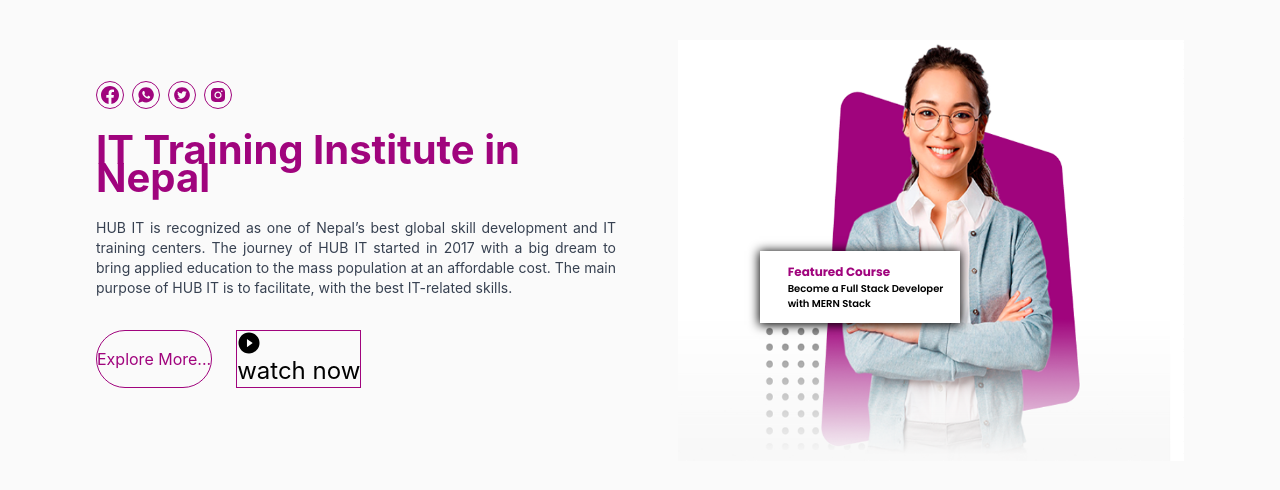
Repository: praveenmunagapati/hgllearnv2
Page: /HomePage/Home
The author's editor kept a copy of each file at every save. The page is drawn from the files as they stood at one save, then again after the next save.
The browser window is 1280 px wide. The pictures show the whole page.
The project was rebuilt for these pictures with package versions that can differ from the ones it lists, and the page was loaded fresh each time. The framework's server and built-in components were replaced by stand-ins that run in the browser. Also part of the build but not shown: next.config.js.

Above is the page before, as saved 2023-01-03 14:53:25.

After the next save:
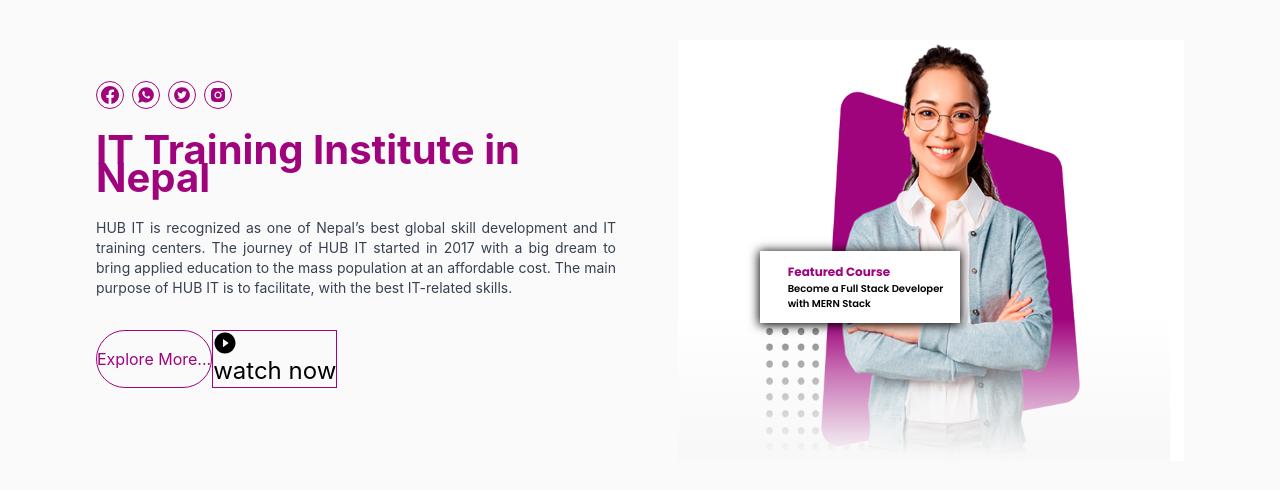
Saved 2 min 13 s later.
--- a/pages/HomePage/Home.jsx
+++ b/pages/HomePage/Home.jsx
@@ -45,7 +45,7 @@
           <div className="flex py-8">
             <button
               className={
-                "border-[1.5px] border-[#A0047D] rounded-full mr-6 text-sm xl:text-base xxl:text-lg text-main hover:scale-105 transition-all ease-in-out duration-300 delay-100 hover:bg-main hover:text-white"
+                "border-[1.5px] border-[#A0047D] rounded-full  text-sm xl:text-base xxl:text-lg text-main hover:scale-105 transition-all ease-in-out duration-300 delay-100 hover:bg-main hover:text-white"
               }
             >
               Explore More...

After the save that followed:
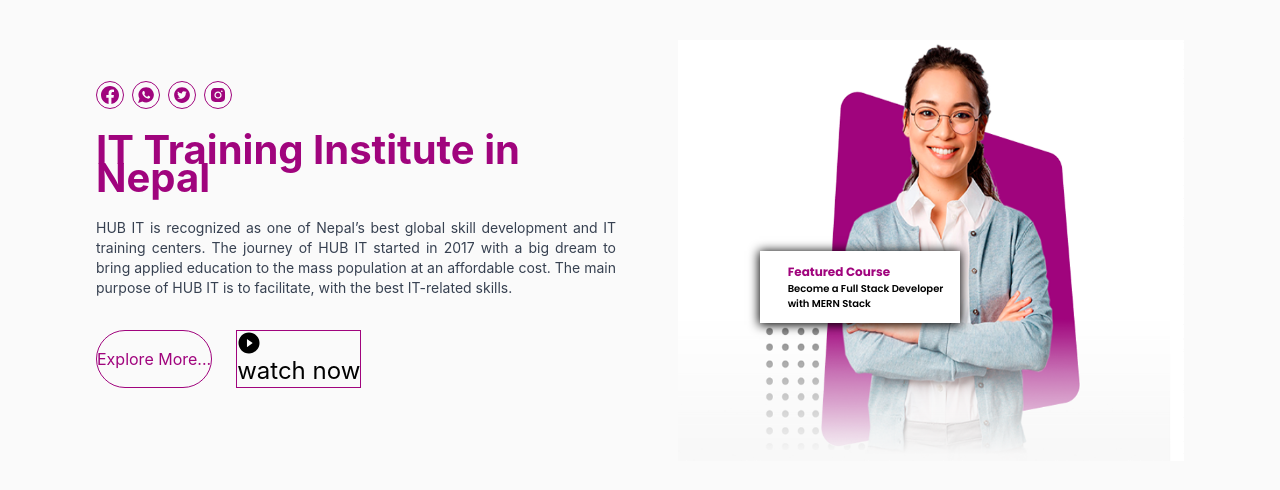
Saved 18 s later.
--- a/pages/HomePage/Home.jsx
+++ b/pages/HomePage/Home.jsx
@@ -45,7 +45,7 @@
           <div className="flex py-8">
             <button
               className={
-                "border-[1.5px] border-[#A0047D] rounded-full  text-sm xl:text-base xxl:text-lg text-main hover:scale-105 transition-all ease-in-out duration-300 delay-100 hover:bg-main hover:text-white"
+                "border-[1.5px] border-[#A0047D] rounded-full mr-6 text-sm xl:text-base xxl:text-lg text-main hover:scale-105 transition-all ease-in-out duration-300 delay-100 hover:bg-main hover:text-white"
               }
             >
               Explore More...
